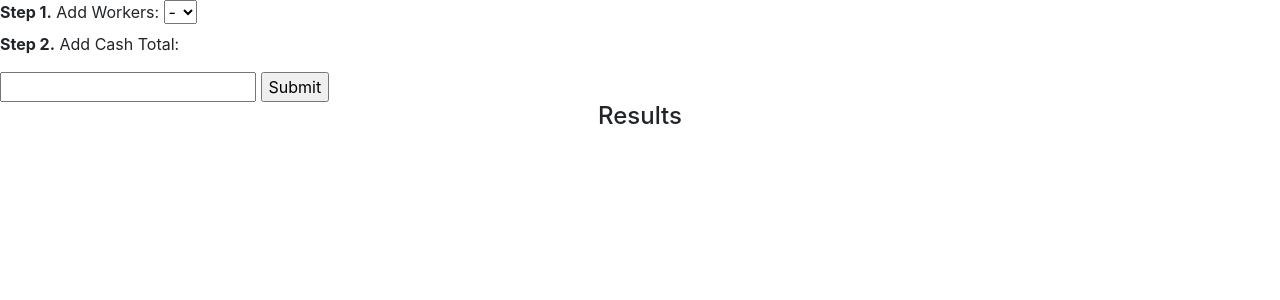
Repository: PBillingsby/on-the-fly
Page: on-the-fly-frontend/index.html
An editor plug-in stored every save of this project. The page is shown before and after the next save, followed by the edit.
The browser window is 1280 px wide. The pictures show the whole page.

Above is the page before, as saved 2020-07-13 16:20:56.

After the next save:
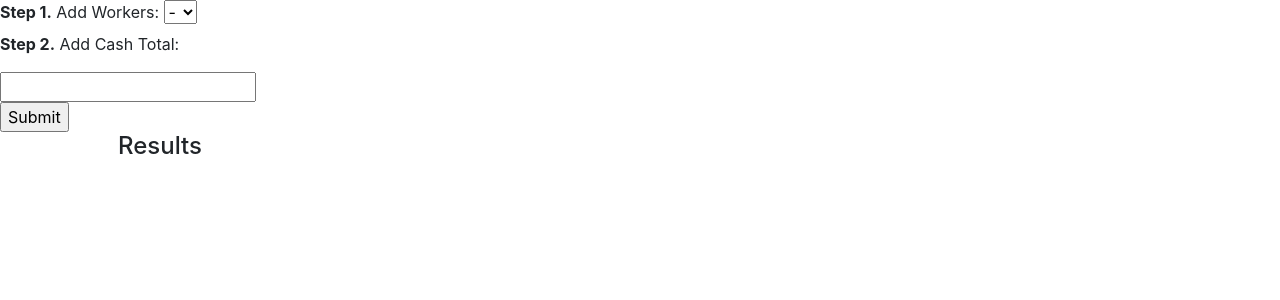
Saved 23 s later.
--- a/on-the-fly-frontend/css/style.css
+++ b/on-the-fly-frontend/css/style.css
@@ -7,6 +7,9 @@
   padding: 100px;
 }
 
+.tip-calculator {
+  width: 25vw;
+}
 @media(max-width: 640px) {
   .container {
     width: 75%;
